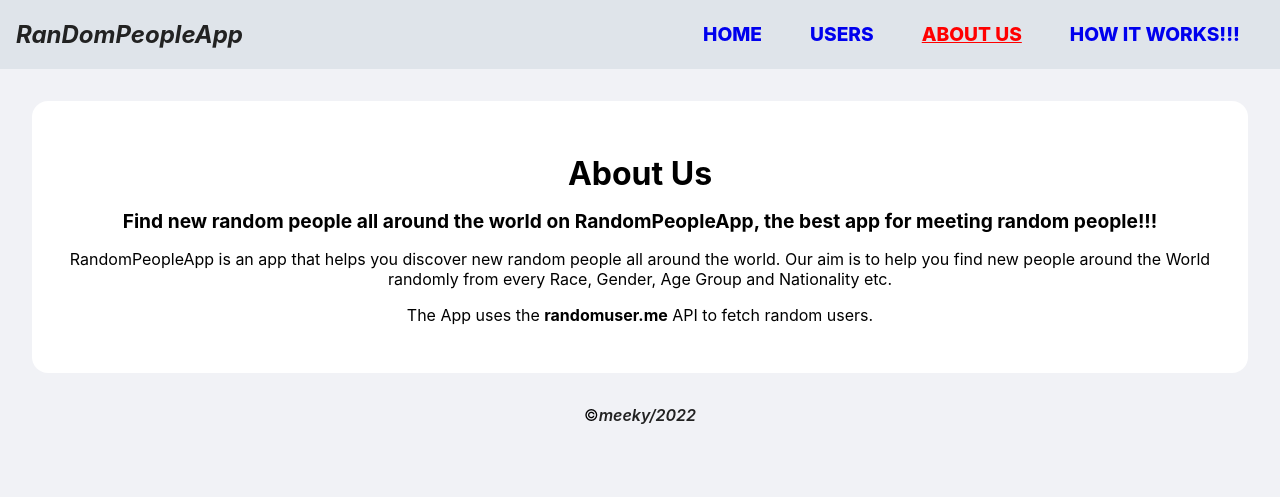
Repository: MikkyPrestige/RandomProfiles
Page: /about
These files come from the project's save history. The page is drawn as it stood at one moment and after the next save; the edit follows.
The browser window is 1280 px wide. The pictures show the whole page.
The project was rebuilt for these pictures with package versions that can differ from the ones it lists, and the page was loaded fresh each time. Some packages were replaced by stand-ins written for this rebuild. Also part of the build but not shown: src/assets/styles/home.css, src/components/home.jsx, src/components/users.jsx, src/assets/styles/search.css, src/components/search.jsx, src/assets/styles/help.css, src/components/help.jsx, src/assets/styles/error.css and 9 more.

Above is the page before, as saved 2022-12-05 23:32:56.

After the next save:
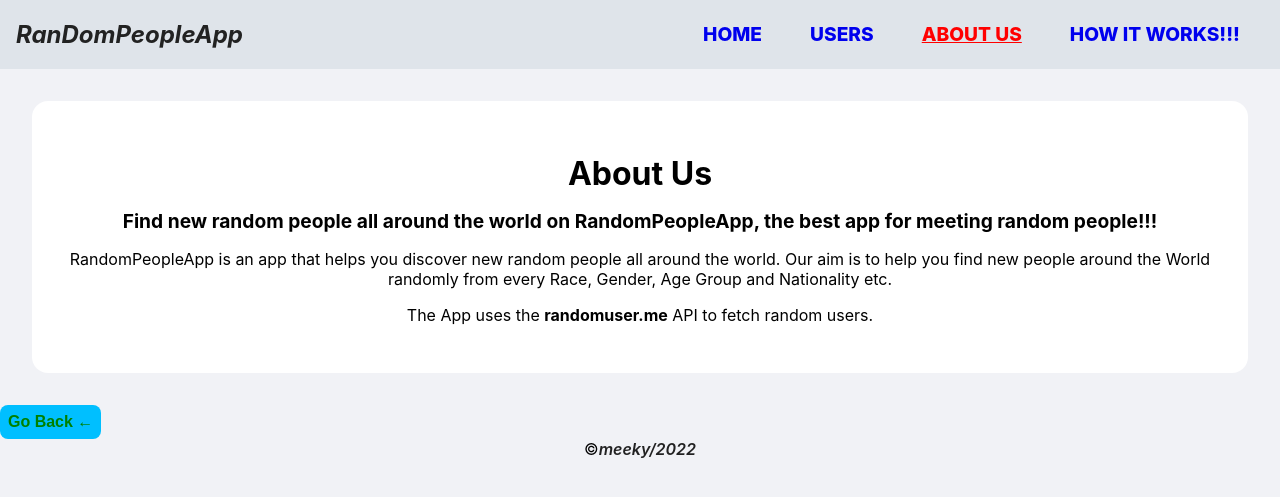
Saved 46 s later.
--- a/src/components/about.jsx
+++ b/src/components/about.jsx
@@ -5,6 +5,7 @@ import { Back } from "./layout";
 
 const About = () => {
   return (
+    <div>
     <div className="about">
       <h1 className="about__heading">About Us</h1>
       <div className="about__wrapper">
@@ -13,7 +14,8 @@ const About = () => {
       </div>
       <p className="about__text">The App uses the <strong>randomuser.me</strong> API to fetch random users. </p>
     </div>
-
+    <Back />
+    </div>
   );
 }
 
